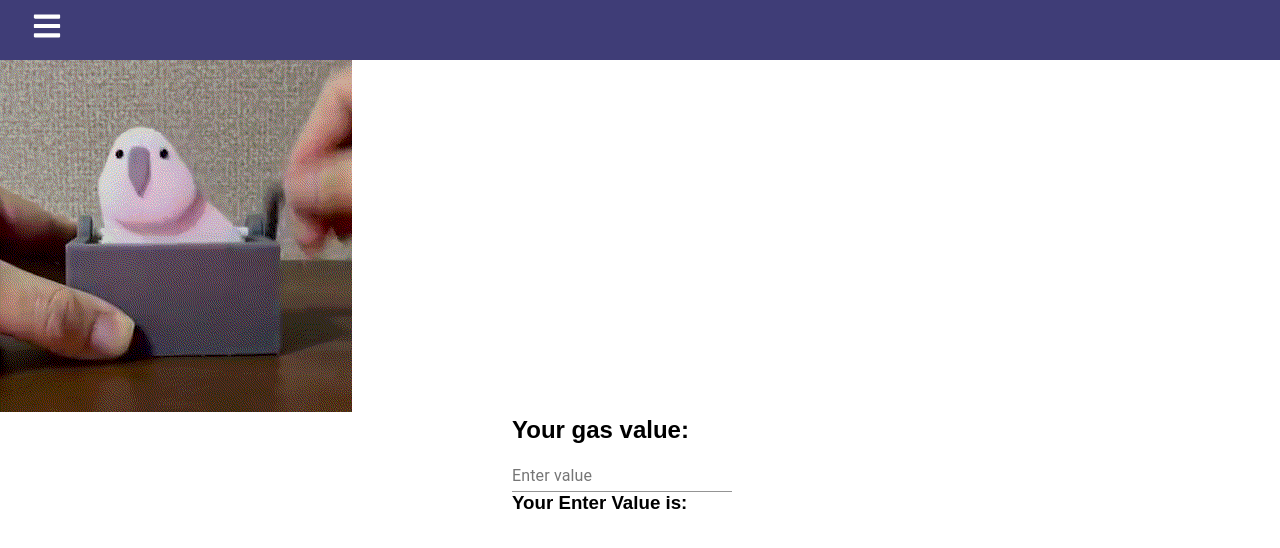
Repository: dcutalo/GasPal
Page: / (app in client/)
The author's editor kept a copy of each file at every save. The page is drawn from the files as they stood at one save, then again after the next save.
The browser window is 1280 px wide. The pictures show the whole page.
Some web fonts or font styles are not loaded; a fallback is used. The project was rebuilt for these pictures with package versions that can differ from the ones it lists, and the page was loaded fresh each time. Also part of the build but not shown: client/src/pages/triphistory.js, client/src/pages/gasefficiencyreports.js, client/src/pages/userprofile.js.

Above is the page before, as saved 2021-10-05 21:43:42.

After the next save:
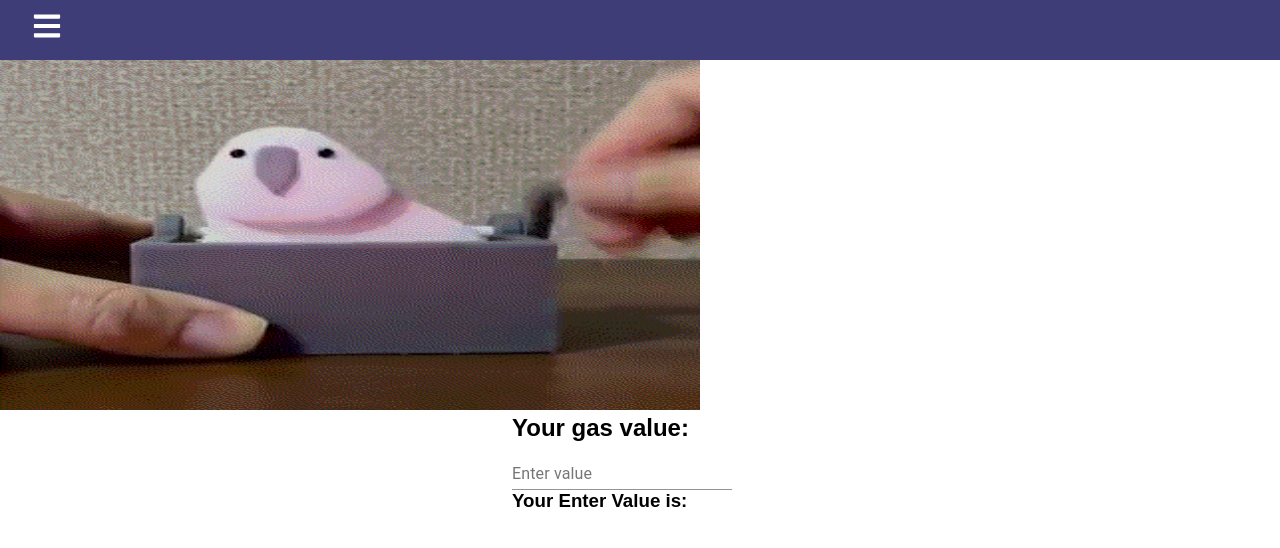
Saved 18 s later.
--- a/client/src/pages/home.js
+++ b/client/src/pages/home.js
@@ -9,7 +9,8 @@
 
   return (
     <>
-    <img src={gif} alt="loading..." style={{ alignSelf: 'center' }}/>
+    <img src={gif} alt="loading..." height={350}
+    width={700} style={{ alignSelf: 'center' }}/>
     <div
           style={{
               marginLeft: "40%",

After the 4 saves that followed:
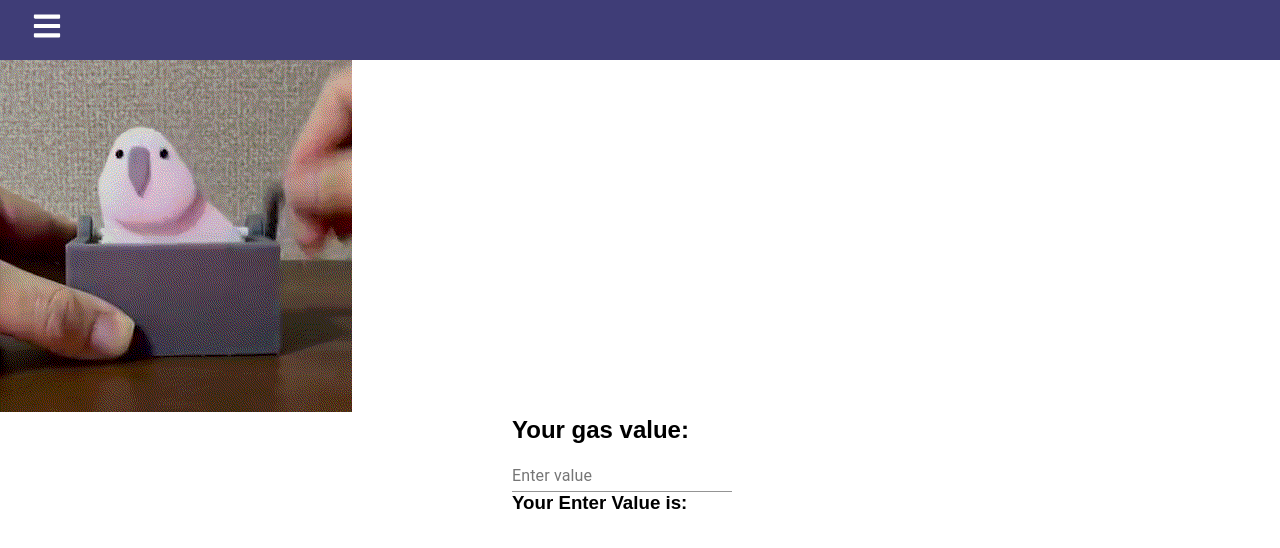
The 4 saves are shown as one change because 3 left the picture as it was.
The last was saved 2 min 51 s later.
--- a/client/src/pages/home.js
+++ b/client/src/pages/home.js
@@ -9,8 +9,7 @@
 
   return (
     <>
-    <img src={gif} alt="loading..." height={350}
-    width={700} style={{ alignSelf: 'center' }}/>
+    <img src={gif} alt="loading..."/>
     <div
           style={{
               marginLeft: "40%",
